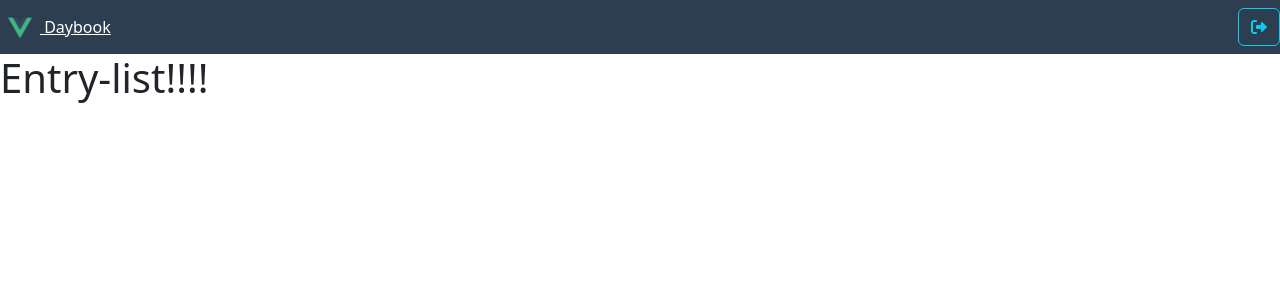
Repository: Osquitranki/jornal
Page: /#/daybook
An editor plug-in stored every save of this project. The page is shown before and after the next save, followed by the edit.
The browser window is 1280 px wide. The pictures show the whole page.
The project was rebuilt for these pictures with package versions that can differ from the ones it lists, and the page was loaded fresh each time. Also part of the build but not shown: vue.config.js, src/views/HomeView.vue.

Above is the page before, as saved 2022-12-20 15:44:38.

### public/index.html
<!DOCTYPE html>
<html lang="">
  <head>
    <meta charset="utf-8">
    <meta http-equiv="X-UA-Compatible" content="IE=edge">
    <meta name="viewport" content="width=device-width,initial-scale=1.0">
    <link rel="icon" href="<%= BASE_URL %>favicon.ico">
    <title><%= htmlWebpackPlugin.options.title %></title>
    <link rel="stylesheet" href="https://cdnjs.cloudflare.com/ajax/libs/font-awesome/6.2.0/css/all.min.css"
      integrity="sha512-xh6O/CkQoPOWDdYTDqeRdPCVd1SpvCA9XXcUnZS2FmJNp1coAFzvtCN9BmamE+4aHK8yyUHUSCcJHgXloTyT2A=="
      crossorigin="anonymous" referrerpolicy="no-referrer" />
  </head>
  <body>
    <noscript>
      <strong>We're sorry but <%= htmlWebpackPlugin.options.title %> doesn't work properly without JavaScript enabled. Please enable it to continue.</strong>
    </noscript>
    <div id="app"></div>
    <!-- built files will be auto injected -->
  </body>
</html>

### src/main.js
import { createApp } from 'vue'
import App from './App.vue'
import router from './router'

import './styles/styles.scss'

createApp(App).use(router).mount('#app')

### src/router/index.js
import { createRouter, createWebHashHistory } from 'vue-router'
import HomeView from '../views/HomeView.vue'

import daybookrouter from '@/modules/daybook/router'
const routes = [
  {
    path: '/',
    name: 'home',
    component: HomeView
  },
  {
    path: '/about',
    name: 'about',
    // route level code-splitting
    // this generates a separate chunk (about.[hash].js) for this route
    // which is lazy-loaded when the route is visited.
    component: () => import(/* webpackChunkName: "about" */ '../views/AboutView.vue')
  },
  {
    path: '/daybook',
    ...daybookrouter
  }
]

const router = createRouter({
  history: createWebHashHistory(),
  routes
})

export default router

### src/styles/styles.scss

$theme-colors: (
  "primary": #2c3e50,
  "secondary": #1d6042,
  "success": #198754,
  "info": #0dcaf0,
  "warning": #ffc107,
  "danger": #dc3545,
  "light": #f8f9fa,
  "dark": #343a40,
);


@import 'node_modules/bootstrap/scss/bootstrap.scss'

### src/modules/daybook/router/index.js
export default {
    name: 'daybook',
    component: () => import(/* webpackChunkName: "about" */ '@/modules/daybook/layouts/DayBookLayout.vue'),
    children: [

    ]
}

### src/modules/daybook/layouts/DayBookLayout.vue
<template>
    <Navbar/>
    <div class="d-flex">
    <div class="col-4">
      <EntryList/>
    </div>
    <div class="col">
      <router-view />
    </div>
  </div>
</template>


<script>
import {defineAsyncComponent} from 'vue'

export default {
     components: {
         Navbar: defineAsyncComponent(() => import('../components/Nav-bar.vue')),
         EntryList: defineAsyncComponent(() => import('../components/Entry-list.vue'))
     }

}
</script>

### src/modules/daybook/components/Nav-bar.vue
<template>
    <nav class="navbar bg-primary">
      <a class="nav-bar-brand text-white">
       <img src="@/assets/logo.png" alt="Vue Logo" class="d-inLine-block align-text-top mx-2" height="24">
       Daybook
      </a>
      <div class="d-flex">
      <button class="btn btn-outline-info">
       <i class="fa fa-sign-out-alt"/>
      </button>
      </div>
    </nav>
</template>

### src/modules/daybook/components/Entry-list.vue
<template>
  <h1>Entry-list!!!!</h1>
</template>

<script>
export default {

}
</script>

<style>

</style>

Loaded but not shown: src/App.vue (common file)

After the next save:
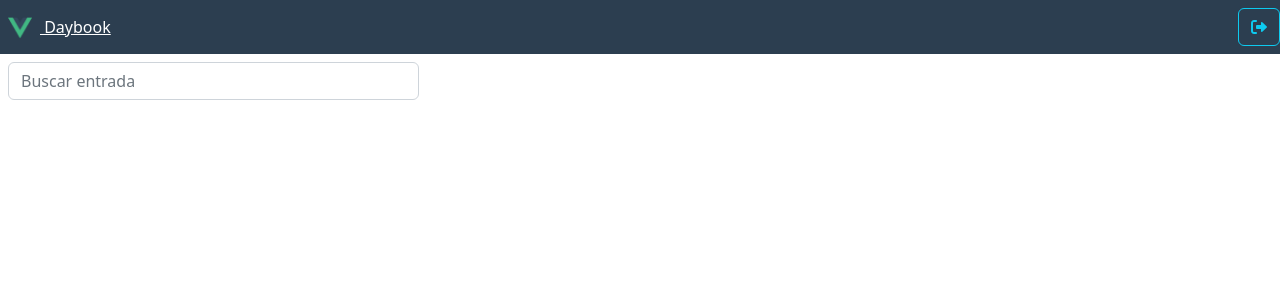
Saved 4 min 58 s later.
--- a/src/modules/daybook/components/Entry-list.vue
+++ b/src/modules/daybook/components/Entry-list.vue
@@ -1,5 +1,15 @@
 <template>
-  <h1>Entry-list!!!!</h1>
+  <div class="entry-list-container">
+    <div class="px-2 pt-2">
+        <input type="text" class="form-control" placeholder="Buscar entrada" />
+    </div>
+
+  <div class="entry-scrollarea">
+    <Entry v-for="item in 100"
+        :key="item" />
+  </div>
+
+  </div>
 </template>
 
 <script>
